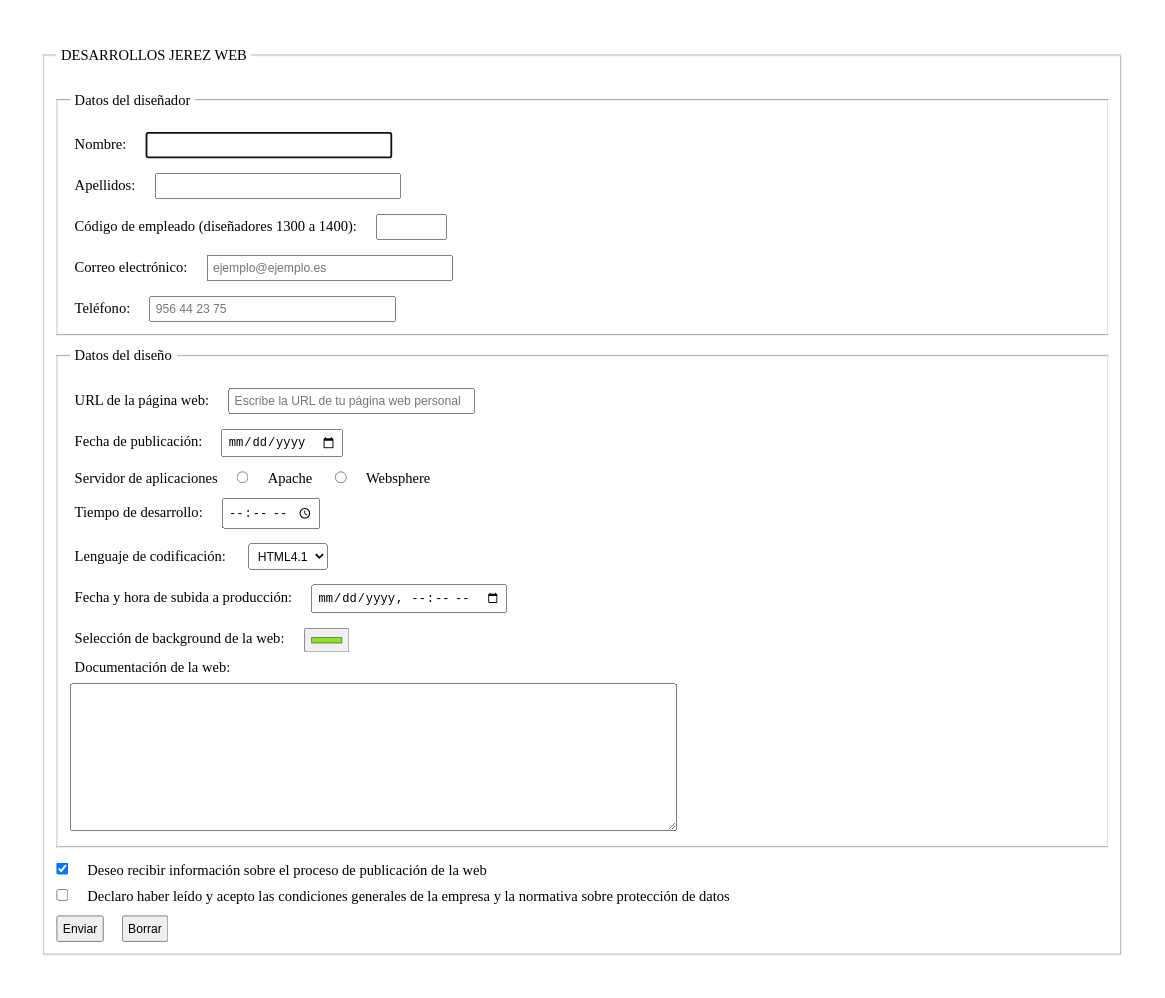
Repository: iSaan86/EV_Practica_FormularioCSS
Page: index.html
The author's editor kept a copy of each file at every save. The page is drawn from the files as they stood at one save, then again after the next save.
The browser window is 1280 px wide. The pictures show the whole page, at 91% of full size.

Above is the page before, as saved 2024-01-11 17:31:03.

After the next save:
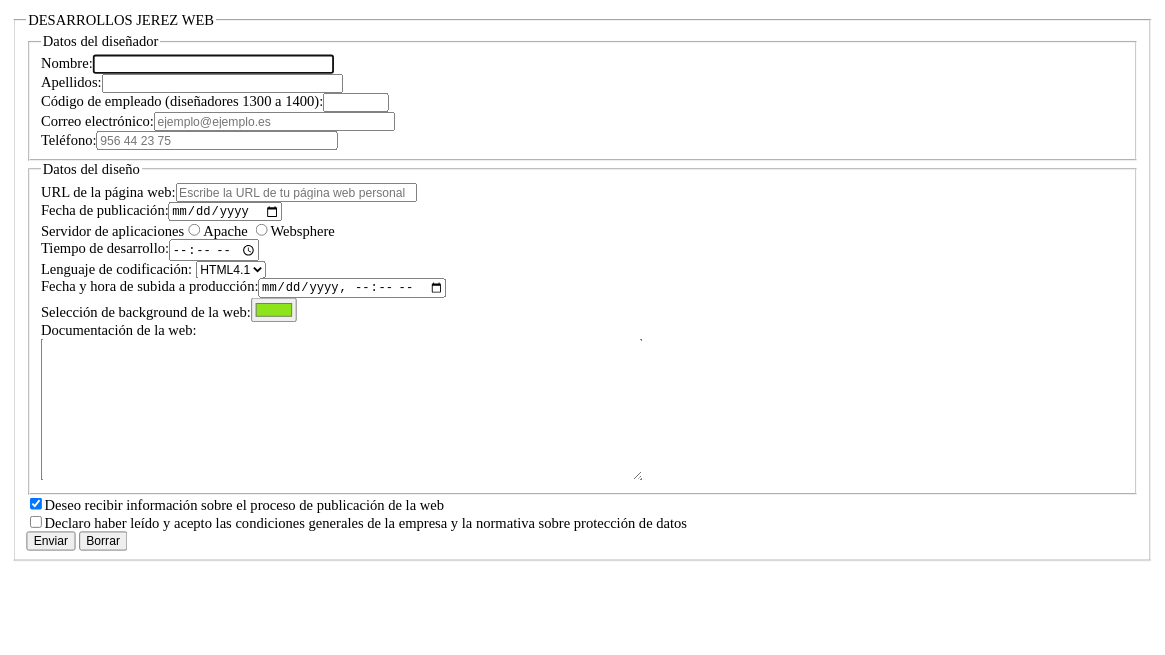
Saved 12 s later.
--- a/css/estilo.css
+++ b/css/estilo.css
@@ -1,10 +1,7 @@
 @charset "UTF-8";
 
 /* Para todo el html */
-*{
-    padding: 5px;
-    margin:8px;
-}
+
 body{
     padding: 5px;
 }

After the save that followed:
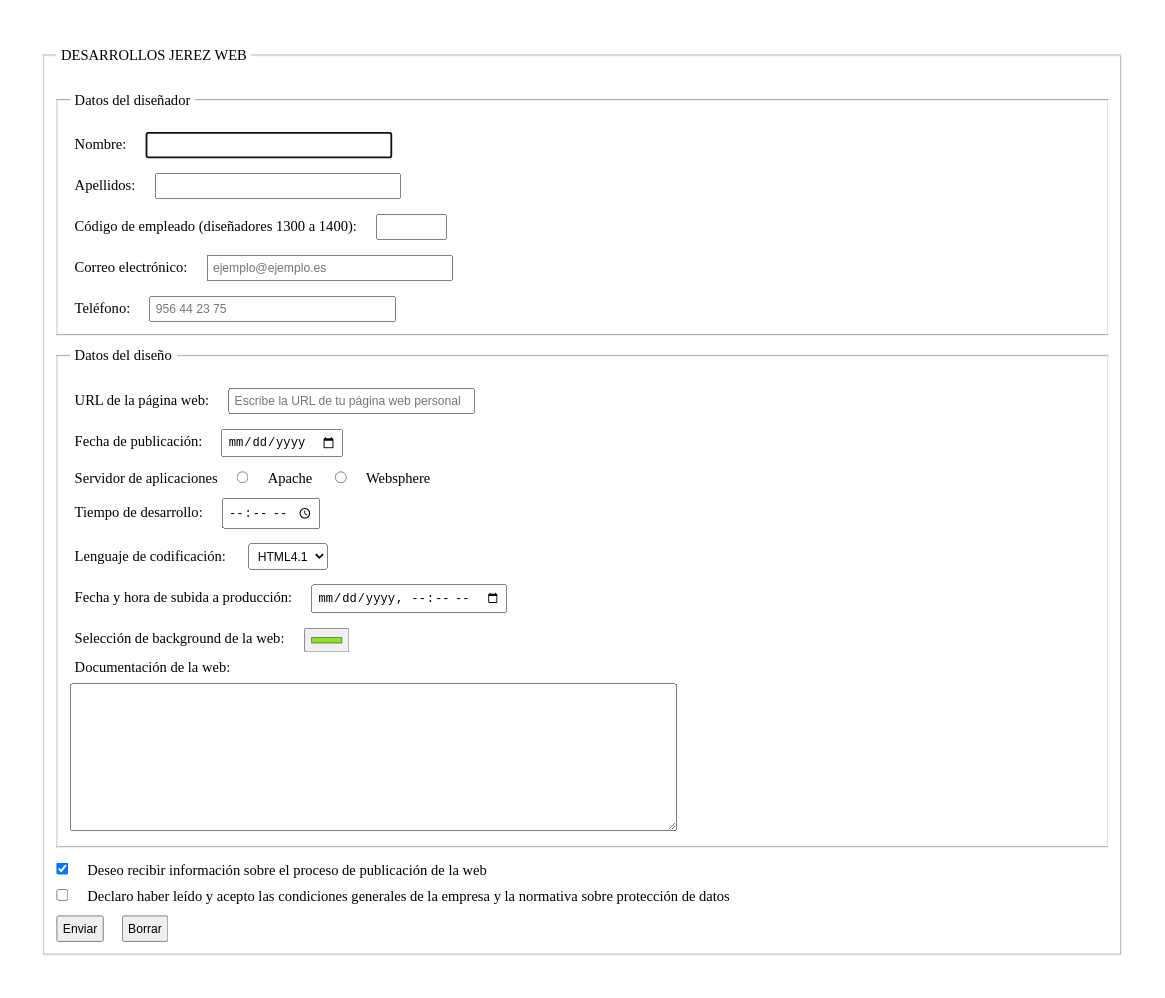
Saved 36 s later.
--- a/css/estilo.css
+++ b/css/estilo.css
@@ -1,7 +1,7 @@
 @charset "UTF-8";
 
 /* Para todo el html */
-
-body{
+*{
     padding: 5px;
+    margin:8px;
 }
